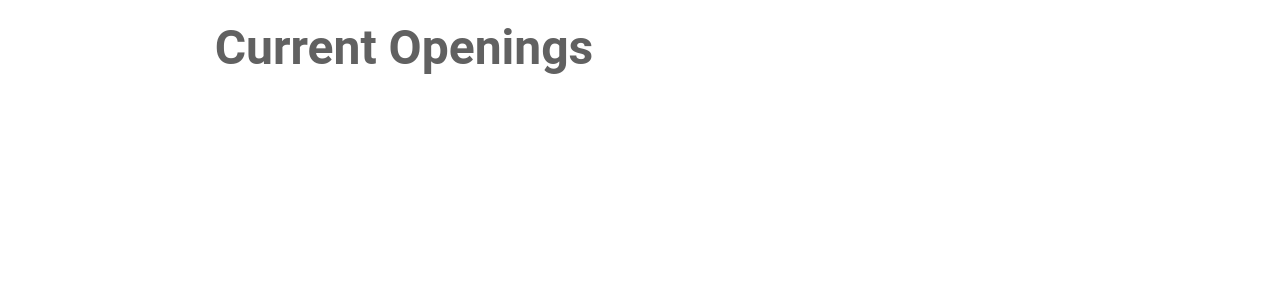
Repository: samihankuttan/technorix
Page: / (app in interview-test/)
These files come from the project's save history. The page is drawn as it stood at one moment and after the next save; the edit follows.
The browser window is 1280 px wide. The pictures show the whole page.
The project was rebuilt for these pictures with package versions that can differ from the ones it lists, and the page was loaded fresh each time.

Above is the page before, as saved 2022-07-20 22:42:06.

### interview-test/src/App.js
import './App.css';
import {Box,Grid,Typography} from '@mui/material';

function App() {
  return (
    <>
      <Box sx={{ flexGrow: 1 }}>
        <Grid container spacing={1}>
          <Grid item xs={12} sm={12} md={2} lg={2}></Grid>
          <Grid item xs={12} sm={12} md={8} lg={8}>
            <div style={{height:20}}>&nbsp;</div>
            <Grid container spacing={1}>
              <Grid item xs={12} sm={12} md={12} lg={12}>
                <Typography variant="h3" gutterBottom component="div" className='title1'>
                  Current Openings
                </Typography>
              </Grid>
            </Grid>

            <Grid container spacing={1}>
              <Grid item xs={12} sm={12} md={12} lg={12}>

              </Grid>
            </Grid>


          </Grid>
          <Grid item xs={12} sm={12} md={2} lg={2}></Grid>
        </Grid>
      </Box>
    </>
  );
}

export default App;

### interview-test/src/App.css
.title1{
  letter-spacing: 1;
  font-weight: bold !important;
  color: #616161 !important;
}

Loaded but not shown: interview-test/public/index.html (common file); interview-test/src/index.js (common file); interview-test/src/index.css (common file); interview-test/src/reportWebVitals.js (common file)

After the next save:
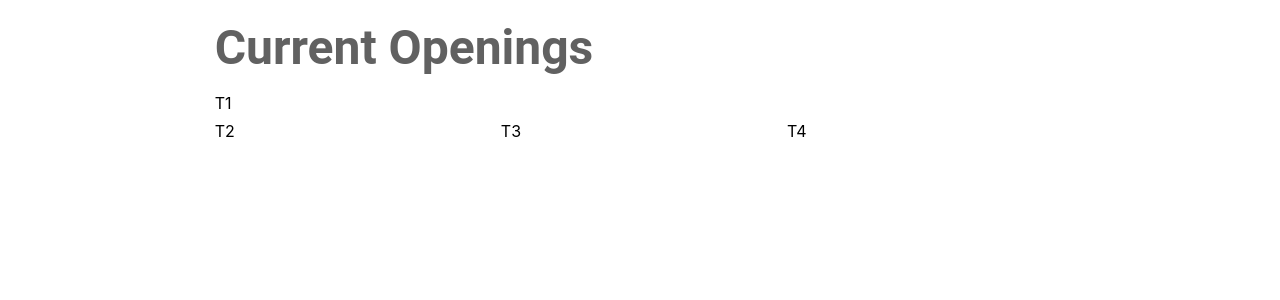
Saved 70 s later.
--- a/interview-test/src/App.js
+++ b/interview-test/src/App.js
@@ -19,7 +19,20 @@ function App() {
 
             <Grid container spacing={1}>
               <Grid item xs={12} sm={12} md={12} lg={12}>
-
+T1
+              </Grid>
+              <Grid item xs={12} sm={12} md={12} lg={12}>
+                <Grid container spacing={1}>
+                  <Grid item xs={12} sm={12} md={4} lg={4}>
+T2
+                  </Grid>
+                  <Grid item xs={12} sm={12} md={4} lg={4}>
+T3
+                  </Grid>
+                  <Grid item xs={12} sm={12} md={4} lg={4}>
+T4
+                  </Grid>
+                </Grid>
               </Grid>
             </Grid>
 
